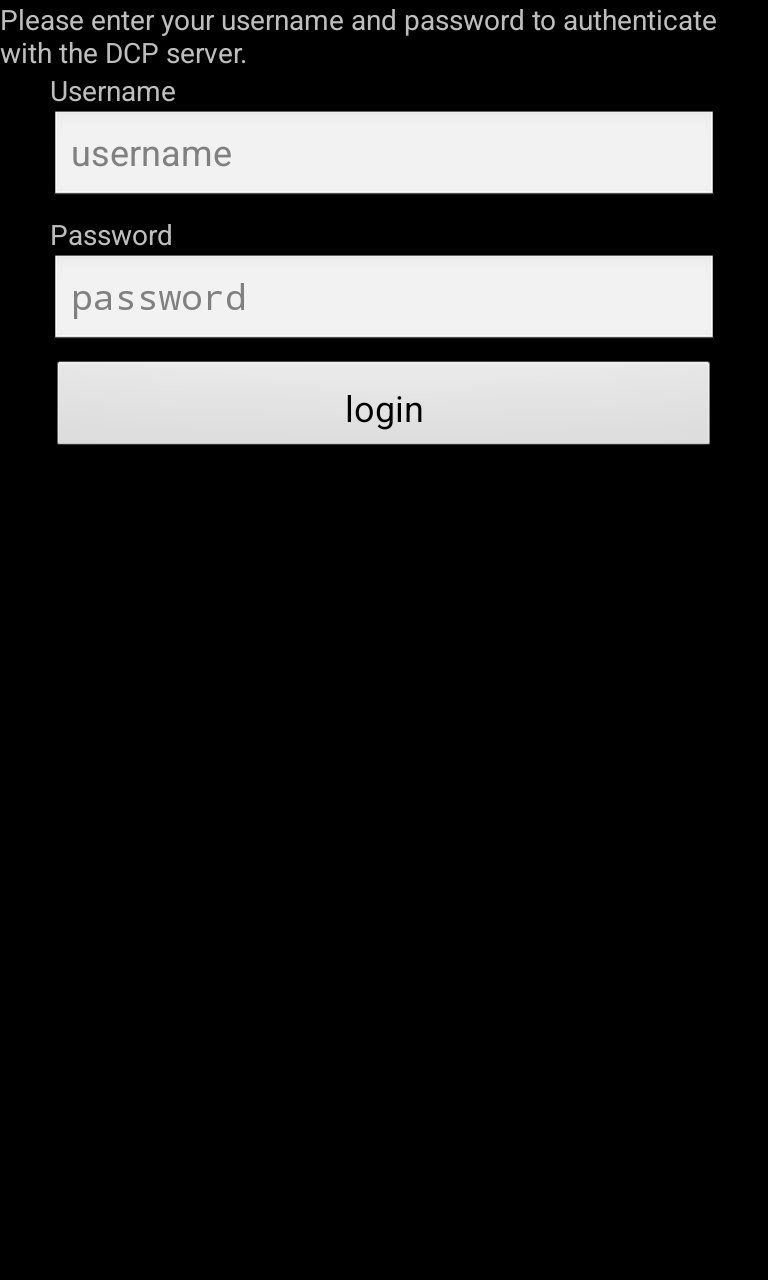
Repository: sergioenriquez/CSTE
Layout: HNAD/res/layout/login.xml
The author's editor kept a copy of each file at every save. The layout is drawn from the files as they stood at one save, then again after the next save.
It is drawn on a 768 x 1280 px phone screen (xhdpi) without system bars, with theme android:Theme.NoTitleBar; the app's code is not run.

Above is the layout before, as saved 2011-12-18 03:16:35.

After the next save:
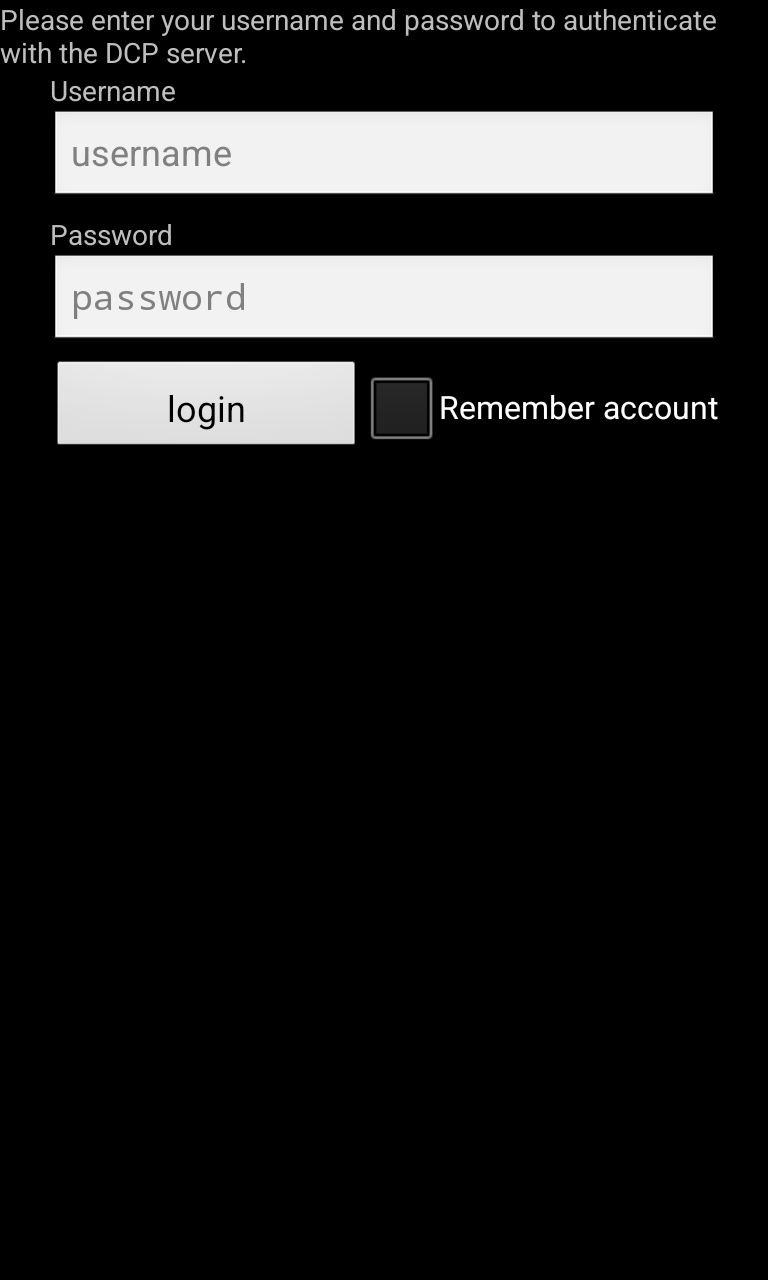
Saved 65 s later.
--- a/HNAD/res/layout/login.xml
+++ b/HNAD/res/layout/login.xml
@@ -58,6 +58,8 @@
             android:gravity="center" />
 	    <CheckBox
 	        android:id="@+id/remember"
-	        android:text="Remember account"/>
+	        android:text="Remember account"
+	        android:layout_width="wrap_content"
+			android:layout_height="wrap_content"/>
     </LinearLayout>
 </LinearLayout>
